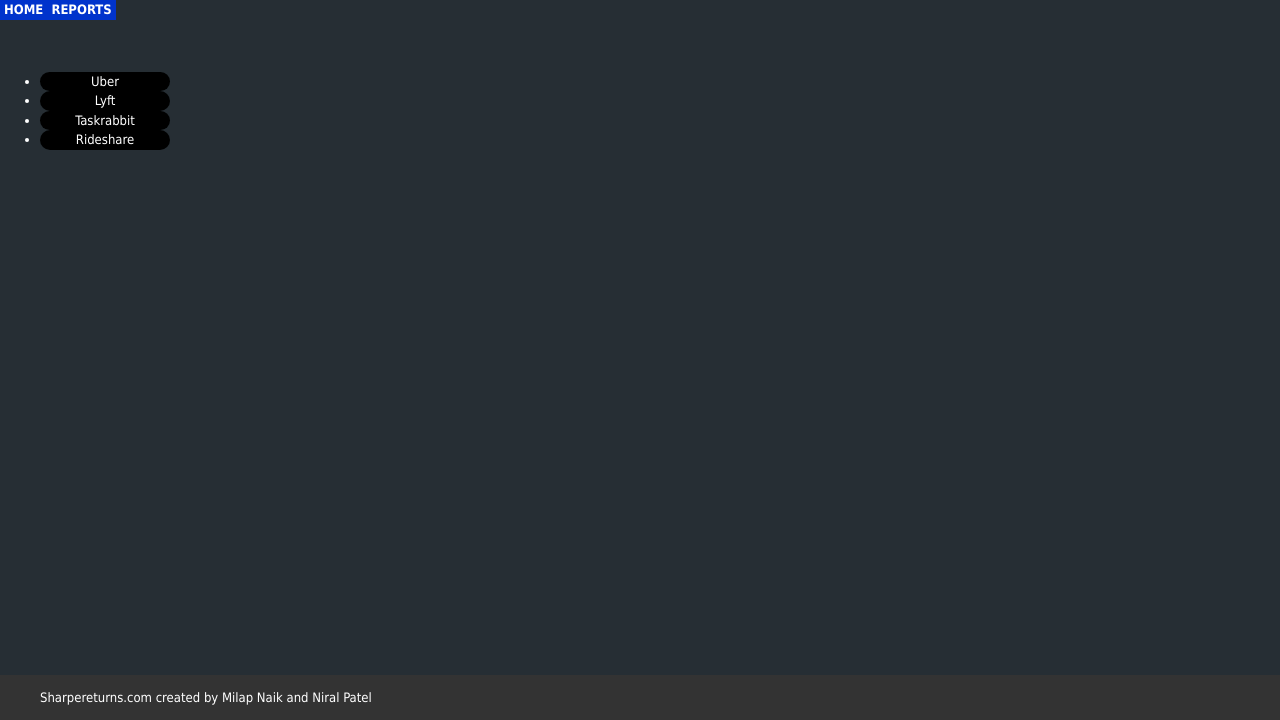
Repository: MilapNaik/Sharpereturns
Page: share.html
The author's editor kept a record of every edit. The page is drawn from the files as they stood at one moment, then again after the next edit.
The browser window is 1280 px wide. The pictures show the whole page.

Above is the page before.

After the next edit:
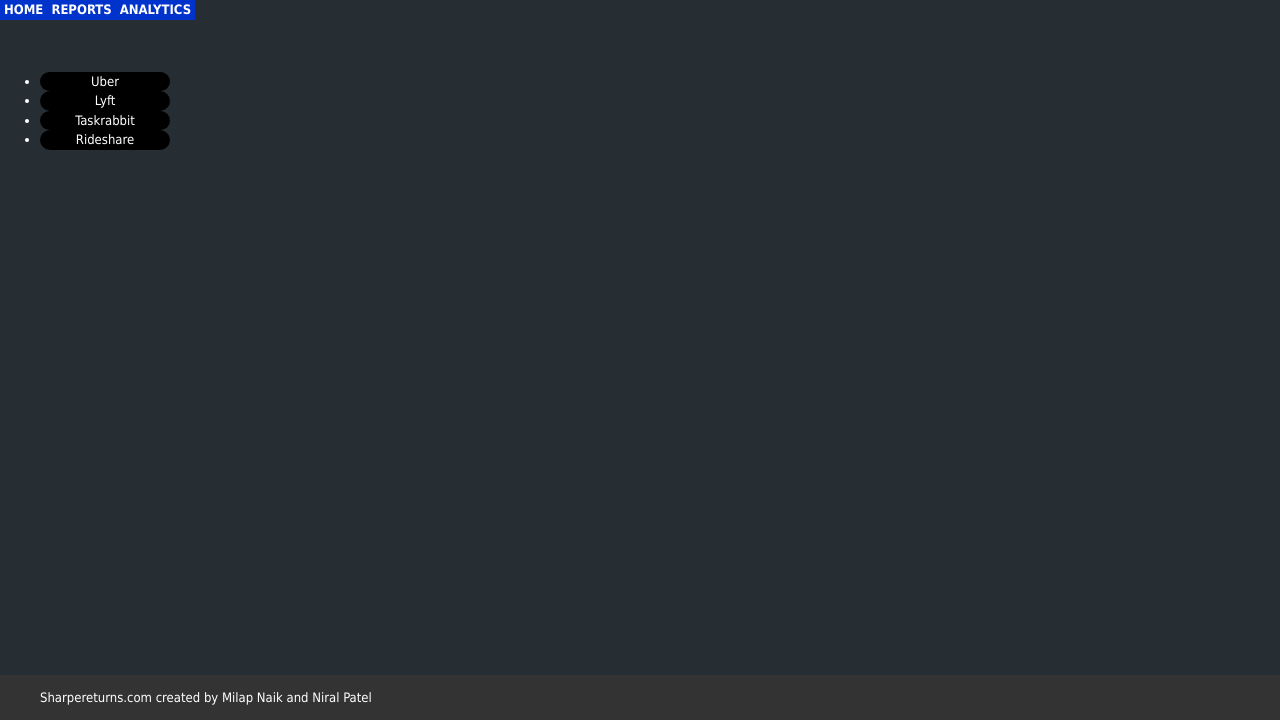
The edit:
--- a/share.html
+++ b/share.html
@@ -16,6 +16,7 @@
 	<ul>
 		<li><a href="/index.html">Home</a></li>
 		<li><a href="/reports.html">Reports</a></li>
+		<li><a href="/analytics.html">Analytics</a></li>
 	</ul>
 	</nav>
 
